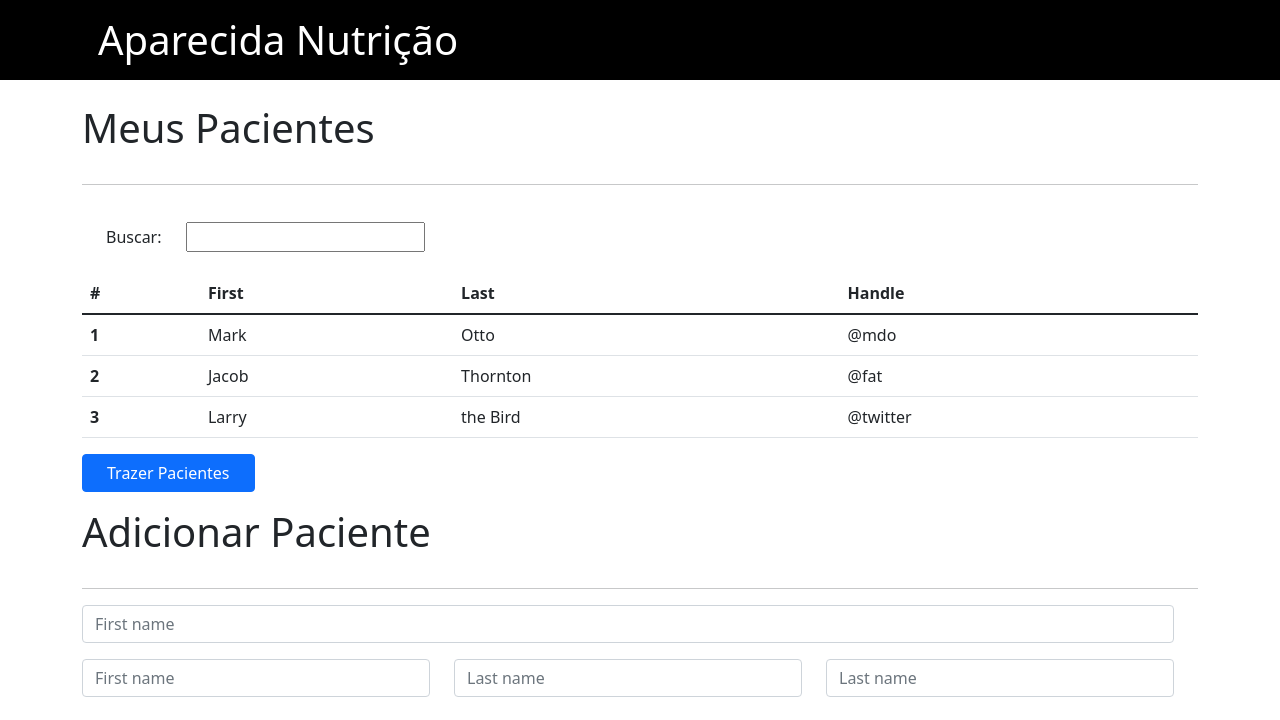
Repository: eversonps/app-paciente
Page: / (app in frontend/)
The author's editor kept a copy of each file at every save. The page is drawn from the files as they stood at one save, then again after the next save.
The browser window is 1280 px wide. The pictures show the whole page.
The project was rebuilt for these pictures with package versions that can differ from the ones it lists, and the page was loaded fresh each time.

Above is the page before, as saved 2022-03-28 14:32:20.

### frontend/src/index.js
import React from 'react';
import ReactDOM from 'react-dom';
import './index.css';
import App from './App';
import  '../node_modules/bootstrap/dist/css/bootstrap.min.css'

ReactDOM.render(
    <App />,
    document.getElementById('root')
);

### frontend/src/App.jsx
import Header from "./components/Header";
import MyPacients from "./components/MyPacients";
import Main from "./components/Main"
import AddPacient from "./components/AddPacient";

function App() {
  return (
    <div className="App">
        <Header></Header>
        <Main>
            <MyPacients></MyPacients>
            <AddPacient></AddPacient>
        </Main>
    </div>
  );
}

export default App;

### frontend/src/components/Header.jsx
import React from "react";

export default props => {
    return (
        <header className="bg-black">
            <div className="container">
                <h1 className="text-white p-3">Aparecida Nutrição</h1>
            </div>
        </header>
    )
}

### frontend/src/components/MyPacients.jsx
import React from "react";
import FilterPacients from "../Templates/FilterPacients";
import Table from "../Templates/Table";
import Title from "../Templates/Title";

export default props => (
    <div>
        <Title name="Meus Pacientes"></Title>

        <FilterPacients></FilterPacients>
        <Table></Table>
    </div>
)

### frontend/src/components/Main.jsx
import React from "react";

export default props => (
    <main className="container">
        {props.children}
    </main>
)

### frontend/src/components/AddPacient.jsx
import React from "react";
import FormPacients from "../Templates/FormPacients";
import Title from "../Templates/Title"

export default props => (
    <div>
        <Title name="Adicionar Paciente"></Title>
        <FormPacients></FormPacients>
    </div>
)

### frontend/src/Templates/FilterPacients.jsx
import React from "react";

export default props => (
    <div>
        <label className="m-4">Buscar: </label>
        <input type="text" />
    </div>
)

### frontend/src/Templates/Table.jsx
import React from "react";

export default props => (
    <div>
        <table class="table">
        <thead class="thead-dark">
            <tr>
            <th scope="col">#</th>
            <th scope="col">First</th>
            <th scope="col">Last</th>
            <th scope="col">Handle</th>
            </tr>
        </thead>
        <tbody>
            <tr>
            <th scope="row">1</th>
            <td>Mark</td>
            <td>Otto</td>
            <td>@mdo</td>
            </tr>
            <tr>
            <th scope="row">2</th>
            <td>Jacob</td>
            <td>Thornton</td>
            <td>@fat</td>
            </tr>
            <tr>
            <th scope="row">3</th>
            <td>Larry</td>
            <td>the Bird</td>
            <td>@twitter</td>
            </tr>
            </tbody>
        </table>
        <a class="btn btn-primary px-4" href="#" role="button">Trazer Pacientes</a>
    </div>

)

### frontend/src/Templates/Title.jsx
import React from "react";

export default props => (
    <div>
        <h1 className="pt-3 py-3">{props.name}</h1>
        <hr />
    </div>
)

### frontend/src/Templates/FormPacients.jsx
import React from "react";

export default props => (
    <form>
        <div className="row">
            <div className="row mb-3">
                <div className="col">
                    <input type="text" className="form-control" placeholder="First name" />
                </div>
            </div>
            <div className="row">
                <div className="col">
                    <input type="text" className="form-control" placeholder="First name" />
                </div>
                <div className="col">
                    <input type="text" className="form-control" placeholder="Last name" />
                </div>
                <div className="col">
                    <input type="text" className="form-control" placeholder="Last name" />
                </div>
            </div>
        </div>
    </form>
)

Loaded but not shown: frontend/public/index.html (common file); frontend/src/index.css (common file)

After the next save:
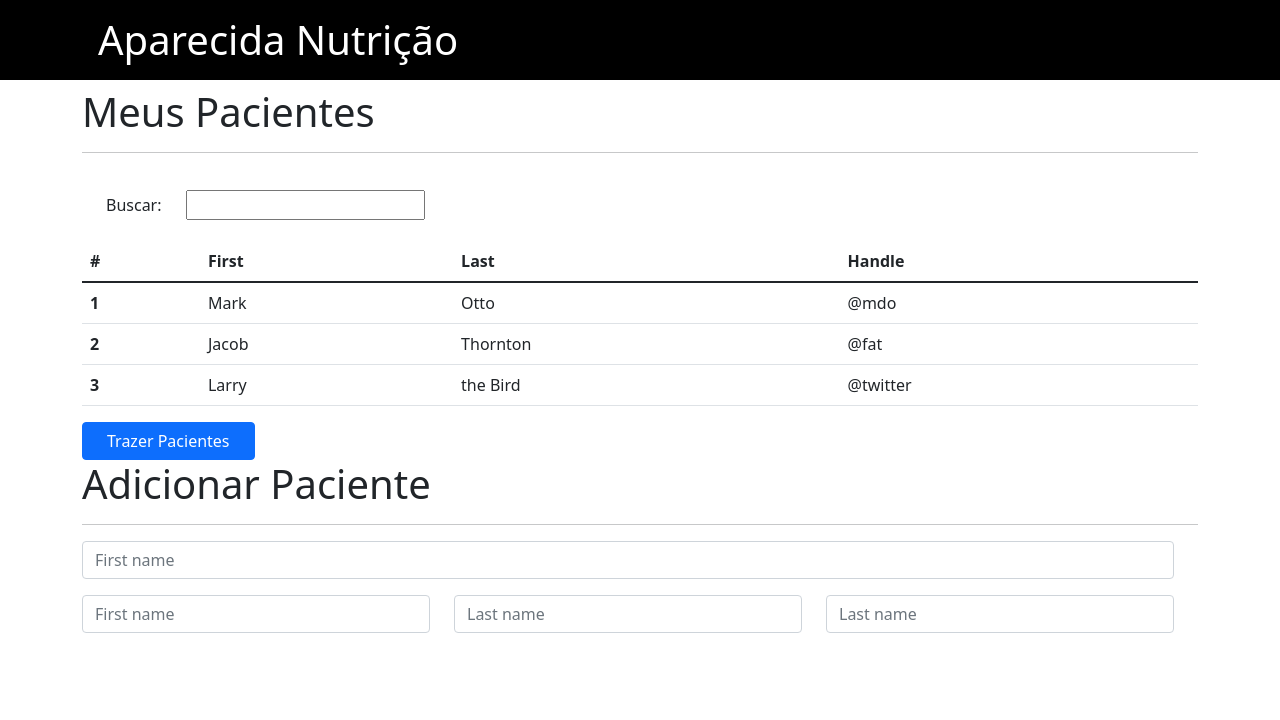
Saved 25 s later.
--- a/frontend/src/Templates/Title.jsx
+++ b/frontend/src/Templates/Title.jsx
@@ -2,7 +2,7 @@
 
 export default props => (
     <div>
-        <h1 className="pt-3 py-3">{props.name}</h1>
+        <h1 className="">{props.name}</h1>
         <hr />
     </div>
 )

After the save that followed:
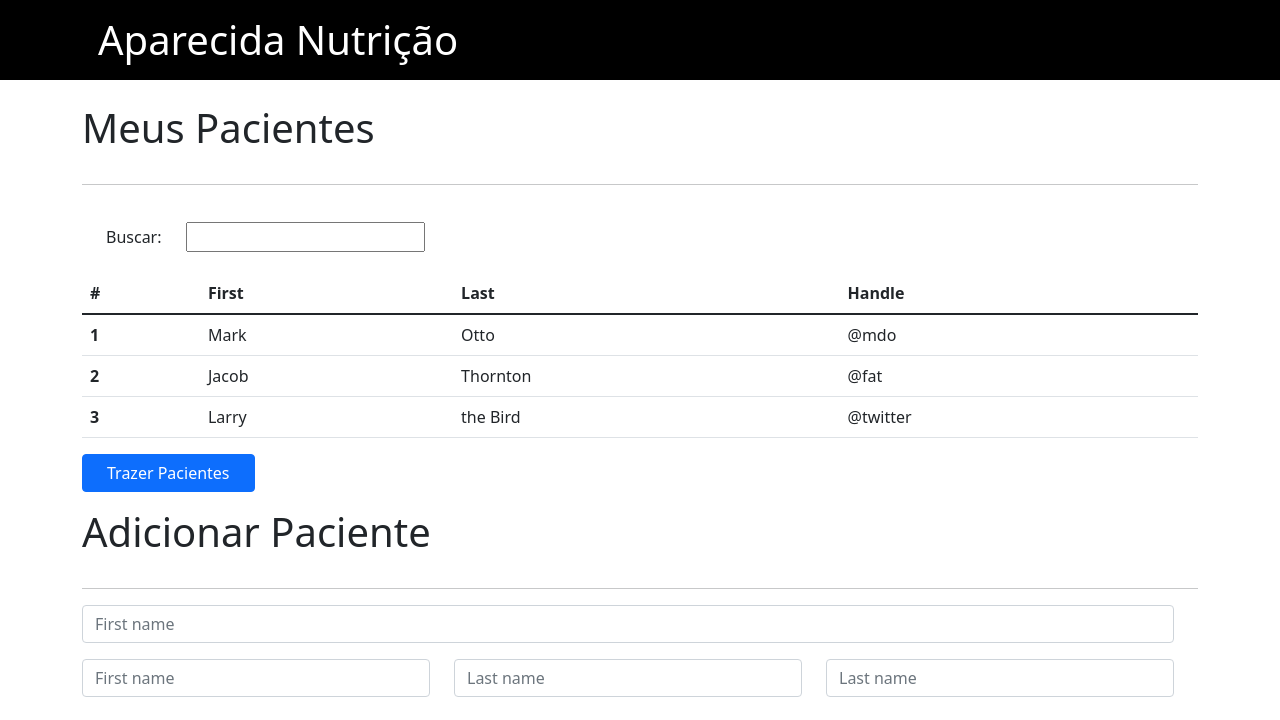
Saved 7 s later.
--- a/frontend/src/Templates/Title.jsx
+++ b/frontend/src/Templates/Title.jsx
@@ -2,7 +2,7 @@
 
 export default props => (
     <div>
-        <h1 className="">{props.name}</h1>
+        <h1 className="pt-3 py-3">{props.name}</h1>
         <hr />
     </div>
 )
